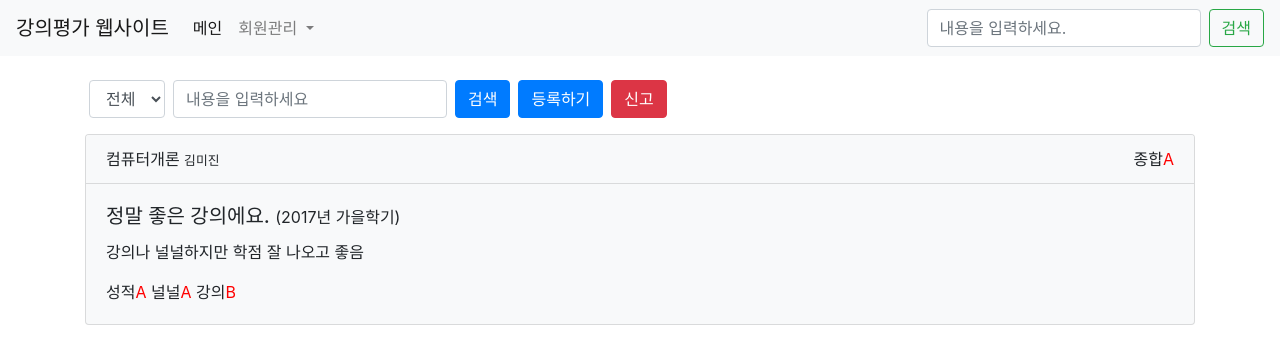
Repository: mijin99/lecture-evaluation
Page: http://localhost/Lecture_Evaluation/
An editor plug-in stored every save of this project. The page is shown before and after the next save, followed by the edit.
The browser window is 1280 px wide. The pictures show the whole page.
The page is served by Tomcat 9.

Above is the page before, as saved 2020-12-24 17:25:28.

After the next save:
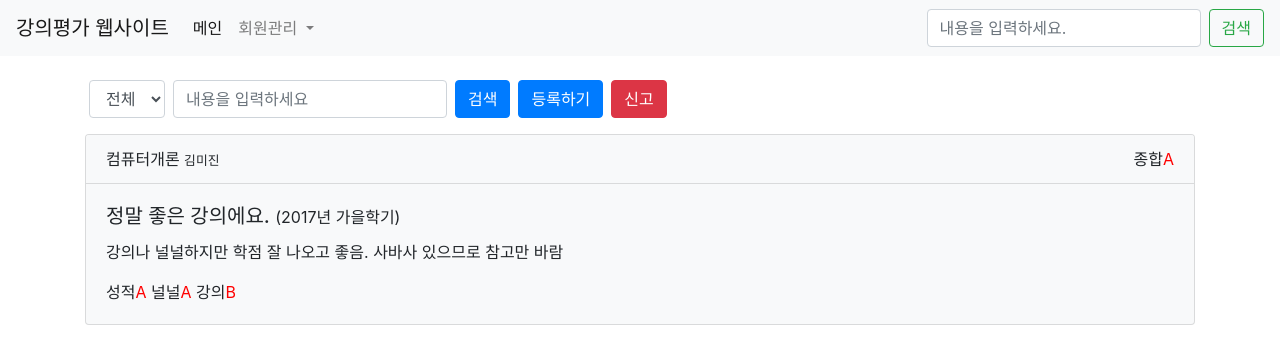
Saved 15 s later.
--- a/Lecture Evaluation/WebContent/index.jsp
+++ b/Lecture Evaluation/WebContent/index.jsp
@@ -86,7 +86,7 @@
 				<h5 class="card-title">
 					정말 좋은 강의에요.&nbsp;<small>(2017년 가을학기)</small>
 				</h5>
-				<p class="card-text">강의나 널널하지만 학점 잘 나오고 좋음
+				<p class="card-text">강의나 널널하지만 학점 잘 나오고 좋음. 사바사 있으므로 참고만 바람
 				<div class="row">
 					<div class="col-9 text-left">
 						성적<span style="color :red;">A</span>
